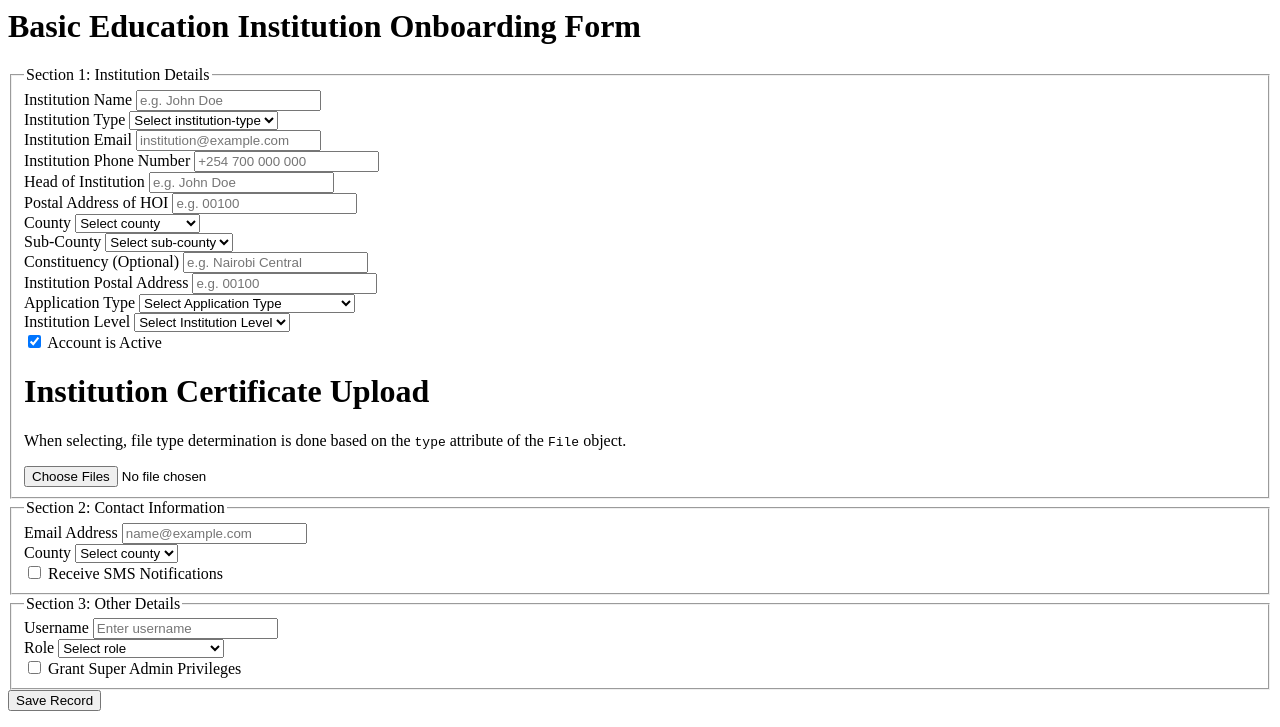
Repository: ndirituart/KEMIS
Page: angular-client/src/app/pages/basic-education/basic-education.html
An editor plug-in stored every save of this project. The page is shown before and after the next save, followed by the edit.
The browser window is 1280 px wide. The pictures show the whole page.

Above is the page before, as saved 2026-10-20 21:38:05.

### angular-client/src/app/pages/basic-education/basic-education.html
<div class="kemis-form-wrapper">
<form class="kemis-form" (ngSubmit)="onSubmit()" #myForm="ngForm">
<h1 class="text-center mb-4">Basic Education Institution Onboarding Form</h1>
  <!-- ========================================== -->
  <!-- Section 1: Institution Details                -->
  <!-- ========================================== -->
  <fieldset class="mb-4 p-3 border rounded">
    <legend class="float-none w-auto px-2 fs-5 fw-bold text-primary">Section 1: Institution Details</legend>

    <div class="row g-3">
      <!-- Institution Name -->
      <div class="col-md-6">
        <label for="fullName" class="form-label fw-semibold">Institution Name</label>
        <input type="text" class="form-control" id="fullName" name="fullName" placeholder="e.g. John Doe" required>
      </div>

      <!-- Type of School based on Gender -->
      <div class="col-md-6">
        <label for="institution-type" class="form-label fw-semibold">Institution Type</label>
        <select class="form-select" id="institution-type" name="institution-type" required>
          <option value="" disabled selected>Select institution-type</option>
          <option value="Boy's School">Boy's School</option>
          <option value="Girl's School">Girl's School</option>
          <option value="Mixed School">Mixed School</option>
        </select>
      </div>

      <!-- Institution Email -->
      <div class="col-md-6">
        <label for="emailId" class="form-label fw-semibold">Institution Email</label>
        <input type="email" class="form-control" id="emailId" name="emailId" placeholder="institution@example.com" required>
      </div>

      <!-- Institution Phone Number -->
      <div class="col-md-6">
        <label for="phoneNumber" class="form-label fw-semibold">Institution Phone Number</label>
        <input type="tel" class="form-control" id="phoneNumber" name="phoneNumber" placeholder="+254 700 000 000" required>
      </div>

      <!-- Head of Institution -->
      <div class="col-md-6">
        <label for="headOfInstitution" class="form-label fw-semibold">Head of Institution</label>
        <input type="text" class="form-control" id="headOfInstitution" name="headOfInstitution" placeholder="e.g. John Doe" required>
      </div>

      <!-- Postal Address of HOI -->
      <div class="col-md-6">
        <label for="postalAddressHoi" class="form-label fw-semibold">Postal Address of HOI</label>
        <input type="text" class="form-control" id="postalAddressHoi" name="postalAddressHoi" placeholder="e.g. 00100" required>
      </div>

      <!--County List-->
      <div class="col-md-6">
        <label for="county" class="form-label fw-semibold">County</label>
        <select class="form-select" id="county" name="county" required>
          <option value="" disabled selected>Select county</option>
      <option value="baringo">Baringo</option>
      <option value="bomet">Bomet</option>
      <option value="bungoma">Bungoma</option>
      <option value="busia">Busia</option>
      <option value="elgeyo marakwet">Elgeyo Marakwet</option>
      <option value="embu">Embu</option>
      <option value="garissa">Garissa</option>
      <option value="homa bay">Homa Bay</option>
      <option value="isiolo">Isiolo</option>
      <option value="kajiado">Kajiado</option>
      <option value="kakamega">Kakamega</option>
      <option value="kericho">Kericho</option>
      <option value="kiambu">Kiambu</option>
      <option value="kilifi">Kilifi</option>
      <option value="kirinyaga">Kirinyaga</option>
      <option value="kisii">Kisii</option>
      <option value="kisumu">Kisumu</option>
      <option value="kitui">Kitui</option>
      <option value="kwale">Kwale</option>
      <option value="laikipia">Laikipia</option>
      <option value="lamu">Lamu</option>
      <option value="machakos">Machakos</option>
      <option value="makueni">Makueni</option>
      <option value="mandera">Mandera</option>
      <option value="meru">Meru</option>
      <option value="migori">Migori</option>
      <option value="marsabit">Marsabit</option>
      <option value="mombasa">Mombasa</option>
      <option value="muranga">Muranga</option>
      <option value="nairobi">Nairobi</option>
      <option value="nakuru">Nakuru</option>
      <option value="nandi">Nandi</option>
      <option value="narok">Narok</option>
      <option value="nyamira">Nyamira</option>
      <option value="nyandarua">Nyandarua</option>
      <option value="nyeri">Nyeri</option>
      <option value="samburu">Samburu</option>
      <option value="siaya">Siaya</option>
      <option value="taita taveta">Taita Taveta</option>
      <option value="tana river">Tana River</option>
      <option value="tharaka nithi">Tharaka Nithi</option>
      <option value="trans nzoia">Trans Nzoia</option>
      <option value="turkana">Turkana</option>
      <option value="uasin gishu">Uasin Gishu</option>
      <option value="vihiga">Vihiga</option>
      <option value="wajir">Wajir</option>
      <option value="pokot">West Pokot</option>
  </select>
      </div>

      <!--TO-DO: Nestsed array for Sub-County List dependent on county chosen-->
      <div class="col-md-6">
        <label for="subCounty" class="form-label fw-semibold">Sub-County</label>
        <select class="form-select" id="subCounty" name="subCounty" required>
          <option value="" disabled selected>Select sub-county</option>
        </select>
      </div>

      <!--Constituency Name OPTIONAL-->
      <div class="col-md-6">
        <label for="constituency" class="form-label fw-semibold">Constituency (Optional)</label>
        <input type="text" class="form-control" id="constituency" name="constituency" placeholder="e.g. Nairobi Central">
      </div>

      <!--Institution Postal Address-->
      <div class="col-md-6">
        <label for="postalAddressInstitution" class="form-label fw-semibold">Institution Postal Address</label>
        <input type="text" class="form-control" id="postalAddressInstitution" name="postalAddressInstitution" placeholder="e.g. 00100" required>
      </div>

       <!-- Application Type -->
      <div class="col-md-6">
        <label for="application-type" class="form-label fw-semibold">Application Type</label>
        <select class="form-select" id="application-type" name="application-type" required>
          <option value="" disabled selected>Select Application Type</option>
          <option value="Regular School">Regular School</option>
          <option value="Regular School with Special Unit">Regular School with Special Unit</option>
          <option value="Special School">Special School</option>
        </select>
      </div>

       <!-- Institution Level -->
      <div class="col-md-6">
        <label for="institution-level" class="form-label fw-semibold">Institution Level</label>
        <select class="form-select" id="institution-level" name="institution-level" required>
          <option value="" disabled selected>Select Institution Level</option>
          <option value="Pre-Primary">Pre-Primary</option>
          <option value="Primary">Primary</option>
          <option value="Secondary">Secondary</option>
          <option value="High School">High School</option>
        </select>
      </div>

      <!-- Boolean Toggle (Switch) -->
      <div class="col-12 mt-3">
        <div class="form-check form-switch">
          <input class="form-check-input" type="checkbox" role="switch" id="isActive" name="isActive" checked>
          <label class="form-check-label fw-semibold" for="isActive">Account is Active</label>
        </div>
      </div>

      <!--Certificate Upload-->
      <div class="upload">
    <h1>Institution Certificate Upload</h1>
    <p class="upload__description">When selecting, file type determination is done based on the <code>type</code> attribute of the <code>File</code> object.</p>
    <input class="upload__input" id="certificate_pdf" type="file" multiple />
    <div class="upload__files">
    </div>
  </div>
    </div>
  </fieldset>

  <!-- ========================================== -->
  <!-- SECTION 2: Coordinates            -->
  <!-- ========================================== -->
  <fieldset class="mb-4 p-3 border rounded">
    <legend class="float-none w-auto px-2 fs-5 fw-bold text-primary">Section 2: Contact Information</legend>

    <div class="row g-3">
      <!-- Text Input -->
      <div class="col-md-6">
        <label for="emailId" class="form-label fw-semibold">Email Address</label>
        <input type="emailId" class="form-control" id="emailId" name="emailId" placeholder="name@example.com" required>
      </div>

      <!-- Dropdown -->
      <div class="col-md-6">
        <label for="county" class="form-label fw-semibold">County</label>
        <select class="form-select" id="county" name="county" required>
          <option value="" disabled selected>Select county</option>
          <option value="Nairobi">Nairobi</option>
          <option value="Mombasa">Mombasa</option>
          <option value="Kisumu">Kisumu</option>
        </select>
      </div>

      <!-- Boolean Toggle -->
      <div class="col-12 mt-3">
        <div class="form-check form-switch">
          <input class="form-check-input" type="checkbox" role="switch" id="receiveSms" name="receiveSms">
          <label class="form-check-label fw-semibold" for="receiveSms">Receive SMS Notifications</label>
        </div>
      </div>
    </div>
  </fieldset>

  <!-- ========================================== -->
  <!-- SECTION 3: Other Details                -->
  <!-- ========================================== -->
  <fieldset class="mb-4 p-3 border rounded">
    <legend class="float-none w-auto px-2 fs-5 fw-bold text-primary">Section 3: Other Details</legend>

    <div class="row g-3">
      <!-- Text Input -->
      <div class="col-md-6">
        <label for="username" class="form-label fw-semibold">Username</label>
        <input type="text" class="form-control" id="username" name="username" placeholder="Enter username" required>
      </div>

      <!-- Dropdown -->
      <div class="col-md-6">
        <label for="role" class="form-label fw-semibold">Role</label>
        <select class="form-select" id="role" name="role" required>
          <option value="" disabled selected>Select role</option>
          <option value="Admin">Admin</option>
          <option value="IT Officer">IT Officer</option>
          <option value="Head of Institution (HOI)">Head of Institution (HOI)</option>
        </select>
      </div>

      <!-- Boolean Toggle -->
      <div class="col-12 mt-3">
        <div class="form-check form-switch">
          <input class="form-check-input" type="checkbox" role="switch" id="isSuperAdmin" name="isSuperAdmin">
          <label class="form-check-label fw-semibold" for="isSuperAdmin">Grant Super Admin Privileges</label>
        </div>
      </div>
    </div>
  </fieldset>

  <!-- Submit Button -->
  <div class="d-grid gap-2 mt-4">
    <button type="submit" class="btn btn-primary btn-lg">Save Record</button>
  </div>

</form>
</div>

After the next save:
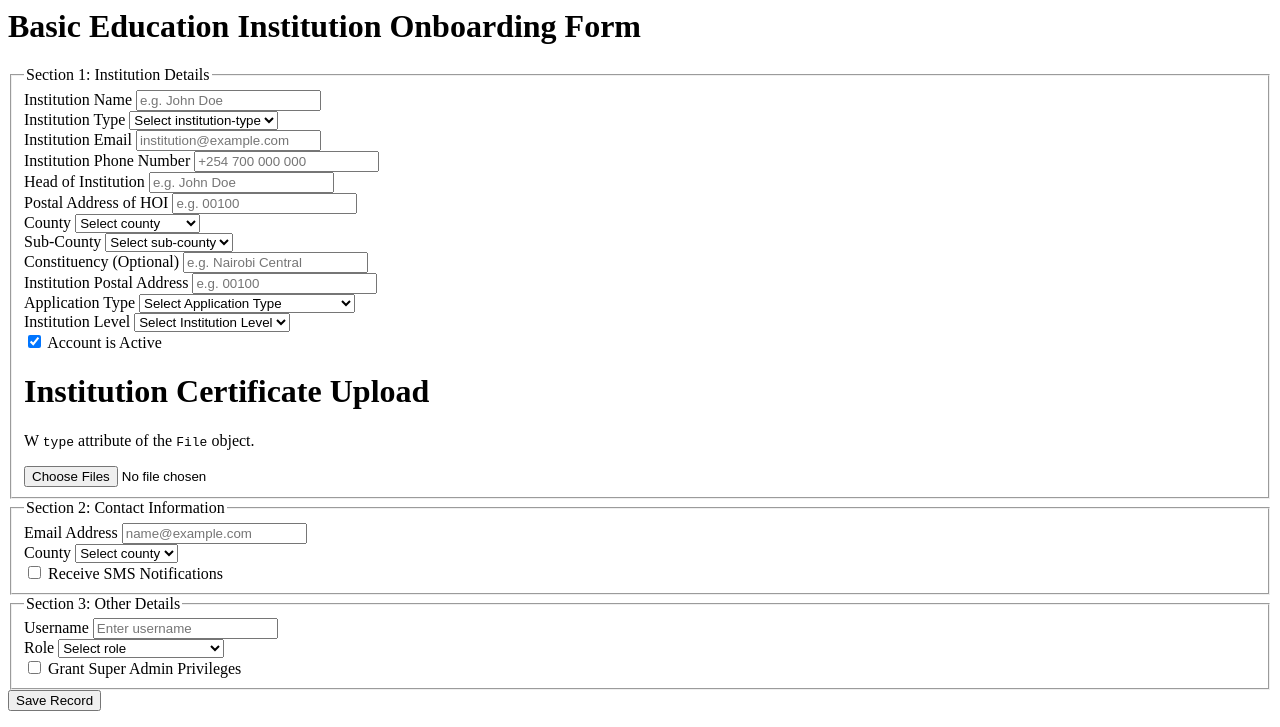
Saved 6 s later.
--- a/angular-client/src/app/pages/basic-education/basic-education.html
+++ b/angular-client/src/app/pages/basic-education/basic-education.html
@@ -158,7 +158,7 @@
       <!--Certificate Upload-->
       <div class="upload">
     <h1>Institution Certificate Upload</h1>
-    <p class="upload__description">When selecting, file type determination is done based on the <code>type</code> attribute of the <code>File</code> object.</p>
+    <p class="upload__description">W <code>type</code> attribute of the <code>File</code> object.</p>
     <input class="upload__input" id="certificate_pdf" type="file" multiple />
     <div class="upload__files">
     </div>
